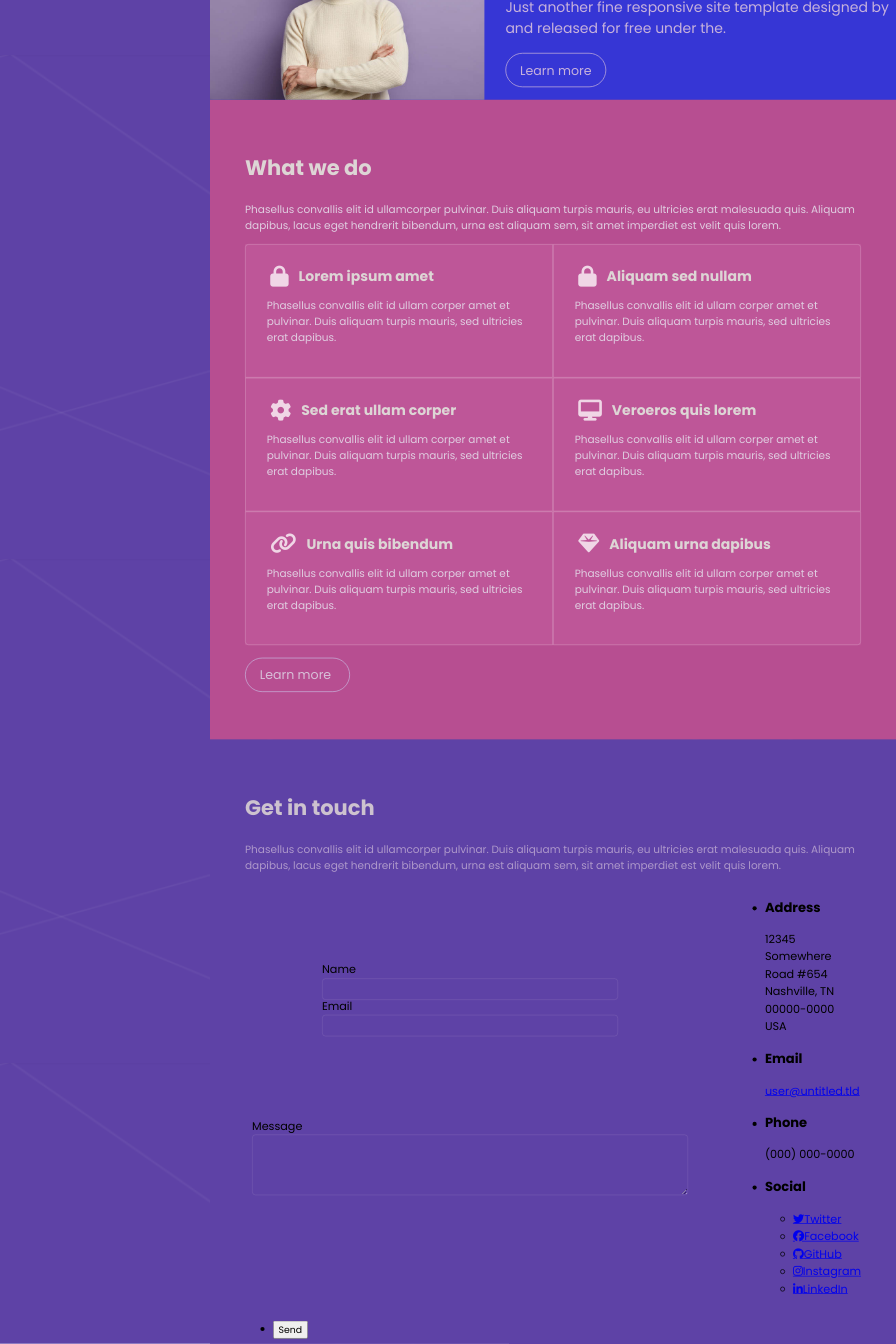
Repository: zai31/KIMIT_Tasks
Page: JsSession8/index.html
These files come from the project's save history. The page is drawn as it stood at one moment and after a run of saves; the edit follows.
The browser window is 1280 px wide. The pictures show the part of the page from y = 1361 to 3281 px (the page is 3281 px tall), at 70% of full size.
Backgrounds fixed to the window are drawn as part of the page.

Above is the page before, as saved 2025-09-15 22:36:00.

### JsSession8/index.html
<!DOCTYPE html>
<html lang="en">
<head>
    <meta charset="UTF-8">
    <meta name="viewport" content="width=device-width, initial-scale=1.0">
    <link rel="stylesheet" href="./css/style.css">
	<link href="https://cdnjs.cloudflare.com/ajax/libs/font-awesome/6.5.2/css/all.min.css" rel="stylesheet">

    <title>Responsive</title>
</head>

<body>
    <section  class="flex-section">
        <div class="menu">
        <ul>
            <li><a href="#">welcome</a></li>
            <li><a href="#">who are we</a></li>
            <li><a href="#">what we do</a></li>
            <li><a href="#">get in touch</a></li>
        </ul>
</div>
<div class="section">
    <div class="content">
      <div class="intro">
							<h1>Hyperspace</h1>
							<p>Just another fine responsive site template designed by <a href="https://html5up.net">HTML5 UP</a><br>
							and released for free under the <a href="https://html5up.net/license">Creative Commons</a>.</p>
							<button>Learn more</button>

						</div>
    <div class="overview">
        <div class="s" style="background-color: rgb(83, 83, 228);">
           <img src="./images/1.jpg" alt="">

							<div ><h1>Hyperspace</h1>
                                <p>Just another fine responsive site template designed by
							and released for free under the.</p>
							<button>Learn more</button></div>
        </div>
        <div class="s" style="background-color: rgb(69, 69, 226);">
            <img src="./images/2.jpg" alt="">
							<div >
                                           	<h1>Hyperspace</h1>
<p>Just another fine responsive site template designed by
							and released for free under the.</p>
							<button>Learn more</button></div>
        </div>
        <div class="s" style="background-color: rgb(54, 54, 213);">
            <img src="./images/3.jpg" alt="">
							<div >
                                           	<h1>Hyperspace</h1>
<p>Just another fine responsive site template designed by
							and released for free under the.</p>
							<button>Learn more</button></div>
        </div>
    <div class="what">
							<h2 style="font-size: 30px;">What we do</h2>
							<p>Phasellus convallis elit id ullamcorper pulvinar. Duis aliquam turpis mauris, eu ultricies erat malesuada quis. Aliquam dapibus, lacus eget hendrerit bibendum, urna est aliquam sem, sit amet imperdiet est velit quis lorem.</p>
							<div class="features">
								<section style="border-radius:5px 0px 0px 0 ;">
									<span style="color: rgba(255, 255, 255, 0.759); font-size: 30px;" class="fa-solid fa-lock"></span>
									<h3 >Lorem ipsum amet</h3>
									<p>Phasellus convallis elit id ullam corper amet et pulvinar. Duis aliquam turpis mauris, sed ultricies erat dapibus.</p>
								</section>
								<section style="border-radius:0 5px 0px 0 ;">
									<span style="color: rgba(255, 255, 255, 0.759); font-size: 30px;" class="fa-solid fa-lock"></span>
									<h3>Aliquam sed nullam</h3>
									<p>Phasellus convallis elit id ullam corper amet et pulvinar. Duis aliquam turpis mauris, sed ultricies erat dapibus.</p>
								</section>
								<section>
									<span style="color: rgba(255, 255, 255, 0.759); font-size: 30px;" class="fa-solid  fa-cog"></span>
									<h3>Sed erat ullam corper</h3>
									<p>Phasellus convallis elit id ullam corper amet et pulvinar. Duis aliquam turpis mauris, sed ultricies erat dapibus.</p>
								</section>
								<section>
									<span style="color: rgba(255, 255, 255, 0.759); font-size: 30px;" class="fa-solid fa-desktop"></span>
									<h3>Veroeros quis lorem</h3>
									<p>Phasellus convallis elit id ullam corper amet et pulvinar. Duis aliquam turpis mauris, sed ultricies erat dapibus.</p>
								</section>
								<section style="border-radius:0 0px 0px 5px  ;">
									<span class="fa-solid fa-link" style="color: rgba(255, 255, 255, 0.759); font-size: 30px;"></span>
									<h3>Urna quis bibendum</h3>
									<p>Phasellus convallis elit id ullam corper amet et pulvinar. Duis aliquam turpis mauris, sed ultricies erat dapibus.</p>
								</section>
								<section style="border-radius:0 0px 5px 0 ;">
									<span class="fa-solid fa-gem" style="color: rgba(255, 255, 255, 0.759); font-size: 30px;" ></span>
									<h3>Aliquam urna dapibus</h3>
									<p>Phasellus convallis elit id ullam corper amet et pulvinar. Duis aliquam turpis mauris, sed ultricies erat dapibus.</p>
								</section>
							</div>
							<ul class="actions">
								<li style="list-style: none;"><a href="generic.html" class="button" style="text-decoration: none; color: thistle;">Learn more</a></li>
							</ul>

    </div>
                        </div>
	<div class="form">
		<h2 style="font-size: 30px;">Get in touch</h2>
							<p>Phasellus convallis elit id ullamcorper pulvinar. Duis aliquam turpis mauris, eu ultricies erat malesuada quis. Aliquam dapibus, lacus eget hendrerit bibendum, urna est aliquam sem, sit amet imperdiet est velit quis lorem.</p>
							<div class="formS"><form action="">
								<div class="fields">

								<div class="row">

									<div class="field">
										<label for="name">Name</label>
										<input type="text" name="name" id="name" />
									</div>
									<div class="field">
										<label for="email">Email</label>
										<input type="email" name="email" id="email" />
									</div></div>
									<div class="field">
										<label for="message">Message</label>
										<textarea name="message" id="message" rows="3"></textarea>
									</div>
								</div>
								<ul class="actions">
									<li><input type="submit" value="Send" /></li>
								</ul>
							</form>
							<div class="line"></div>
							<section>
								<ul class="contact">
										<li>
											<h3>Address</h3>
											<span>12345 Somewhere Road #654<br>
											Nashville, TN 00000-0000<br>
											USA</span>
										</li>
										<li>
											<h3>Email</h3>
											<a href="#">user@untitled.tld</a>
										</li>
										<li>
											<h3>Phone</h3>
											<span>(000) 000-0000</span>
										</li>
										<li>
											<h3>Social</h3>
											<ul class="icons">
												<li><a href="#" class="fa-brands fa-twitter"><span class="label">Twitter</span></a></li>
												<li><a href="#" class="fa-brands fa-facebook"><span class="label">Facebook</span></a></li>
												<li><a href="#" class="fa-brands fa-github"><span class="label">GitHub</span></a></li>
												<li><a href="#" class="fa-brands fa-instagram"><span class="label">Instagram</span></a></li>
												<li><a href="#" class="fa-brands fa-linkedin-in"><span class="label">LinkedIn</span></a></li>
											</ul>
										</li>
									</ul>
							</section>
							</div>
	</div>
                        </div>
                    </section>
</body>
</html>

### JsSession8/CSS/style.css
@import url("https://fonts.googleapis.com/css2?family=Poppins:ital,wght@0,100;0,200;0,300;0,400;0,500;0,600;0,700;0,800;0,900;1,100;1,200;1,300;1,400;1,500;1,600;1,700;1,800;1,900&display=swap");

* {
    box-sizing: border-box;
    font-family: "Poppins", sans-serif;
}

:root {
    --sidebar-color: #312450;
    --primary-color: #5e42a6;
    --secondary-color: #b74e91;
    --section-bg-color: #c7b2dc;
    --dark-color: #000000;
    --navbar-bg-color: #273053;
    --p-color: #717275;
    --highlight-icon-color: #ff0100;
    --main-transition: 0.5s all ease-in-out;
}


html,
body {
    height: 100%;
    margin: 0;
    padding: 0;
}

.flex-section {
    display: flex;
    flex-direction: row;

}

/*side bar*/
.flex-section .menu {
    min-height: 100vh;
    /* ensures sidebar spans at least the full screen */
    height: auto;
    /* lets it grow with content */
    width: 300px;
    top: 0;
    left: 0;
    position: fixed;
    background-color: var(--sidebar-color);
    padding: 145px 30px;
    box-shadow: 0 0 10px rgba(0, 0, 0, 0.1);
}

.flex-section .menu ul {
    list-style: none;
    padding: 0;
    margin: 0;
    text-align: right;
}

.flex-section .menu ul li {
    margin-bottom: 10px;
    font-size: 20px;
    position: relative;
    /* needed for ::after positioning */
    padding-bottom: 10px;
}

.flex-section .menu ul li a {
    text-decoration: none;
    color: #8b82a1;

}

.flex-section .menu ul li::after {
    content: "";
    position: absolute;
    left: 0;
    bottom: 0;
    width: 100%;
    /* stick to the bottom */
    height: 2px;
    background-color: #8b82a1;
    /* thickness of underline */
    transition: width 0.3s ease;
}

/*use js*/
.flex-section .menu ul li a:hover::after {
    width: 100%;
    /* expand underline on hover */
}


.flex-section .menu ul li a:hover {
    color: #b5b8bf;
}

.flex-section .menu ul li a:active {
    color: #5e42a6;
}

.flex-section .menu ul li a:active::after {
    background: linear-gradient(to right, #4b0082, #8b00ff, #981196);
}






/*content first section */
.flex-section .section {
    flex: 1;
    background-color: var(--section-bg-color);
    background-attachment: fixed;
    background-image: url("../assets/css/images/Screenshot\ 2025-09-15\ 075920.png");
    background-position: top right;
    background-repeat: no-repeat;
    background-size: 100% 100%;
    padding-left: 300px;
}

.flex-section .section .content {
    display: flex;
    flex-direction: column;
    width: 100%;
}

.flex-section .section .content .intro {
    padding: 100px;
    width: 100%;
    height: 100vh;
}

.flex-section .section .content .intro h1 {
    color: rgb(221, 213, 213);
    font-size: 50px;
}

.flex-section .section .content .intro p,
.flex-section .section .content .intro a {
    color: var(--section-bg-color);
    font-size: 20px;
}

.flex-section .section .content .intro a:hover {
    color: #fefefe;
    text-decoration: none;
}

.flex-section .section .content .intro button {
    color: var(--section-bg-color);
    background-color: transparent;
    border: 1px solid var(--section-bg-color);
    padding: 10px 20px;
    border-radius: 25px;
    cursor: pointer;
    text-decoration: none;
    font-size: 18px;
}

.flex-section .section .content .intro button:hover {
    background-color: #6f54b6;
}




/*content second section */

.flex-section .section .content .overview .s {
    display: flex;
    flex-direction: row;
    align-items: center;
    gap: 30px;
}

.flex-section .section .content .overview .s h1 {
    color: rgb(221, 213, 213);
    font-size: 30px;
}

.flex-section .section .content .overview .s p {
    color: var(--section-bg-color);
    font-size: 20px;
}

.flex-section .section .content .overview .s button {
    color: var(--section-bg-color);
    background-color: transparent;
    border: 1px solid var(--section-bg-color);
    padding: 10px 20px;
    border-radius: 25px;
    cursor: pointer;
    text-decoration: none;
    font-size: 18px;
}

.flex-section .section .content .overview .s button:hover {
    background-color: rgb(77, 77, 246);
}

.flex-section .section .content .overview .s img {
    width: 40%;
}

/*what section*/

.flex-section .section .content .what {
    padding: 50px;
    width: 100%;
    background-color: var(--secondary-color);
}

.flex-section .section .content .what h3,
.flex-section .section .content .what h2 {
    color: rgb(221, 213, 213);
    font-size: 20px;
}
.flex-section .section .content .what p {
    color: #e0cee1;
    font-size: 15px;
}

.flex-section .section .content .what .features{
    display: flex;
    flex-direction: row;
    flex-wrap: wrap;
    background-color: #be5698;


}
.flex-section .section .content .what .features section {
 flex: 1 1 50%;     /* grow/shrink, ~half width with gap */
 border: 0.5px solid rgba(255, 255, 255, 0.248);
 box-sizing: border-box;
 padding: 30px;

}
.flex-section .section .content .what .actions {
   color: var(--section-bg-color);
    background-color: transparent;
    border: 1px solid var(--section-bg-color);
    padding: 10px 20px;
    border-radius: 25px;
    cursor: pointer;
    text-decoration: none;
    font-size: 18px;
    width: 150px;
}

 .what .actions:hover {
    background-color: rgb(212, 107, 177);
}
.features section span,
.features section h3 {
  display: inline-block;
  vertical-align: middle;
  margin: 0 5px;
}

/*form*/

.form {
    padding: 50px;
    width: 100%;
    background-color: var(--primary-color);

}
.form .formS
{
   display: flex;
   flex-direction: row;
   gap: 30px;
}
.form h2 {
    color: rgba(221, 213, 213, 0.873);
    font-size: 30px;
}
.form p {
    color: #e0cee19d;
    font-size: 15px;
}
 .fields {
    display: flex;
    flex-direction: row;
    gap: 20px;
    flex-wrap: wrap;
    width: 100%;
    border-radius: 10px;
    height: 100%;
}

.field {
  display: flex;
  flex-direction: column;
  flex: 1; /* make name and email share equal width */
  padding: 10px;
  margin: 0px;
  height: 50%;
}
.field input, .field textarea{
    background-color: transparent;
    border: 1px solid #e0cee127;
    border-radius: 5px;
    cursor: pointer;
    text-decoration: none;
    font-size: 18px;
    color: #e0cee19d;
}

.contact-info {
  flex: 1; /* right side column */
  color: #e0cee19d;
}

.form .fields .row {
    display: flex;
    flex-direction: row;
    flex-wrap: wrap;
    width: 100%;
    height: 50%;
    padding: 100px;
}

After the next 2 saves:
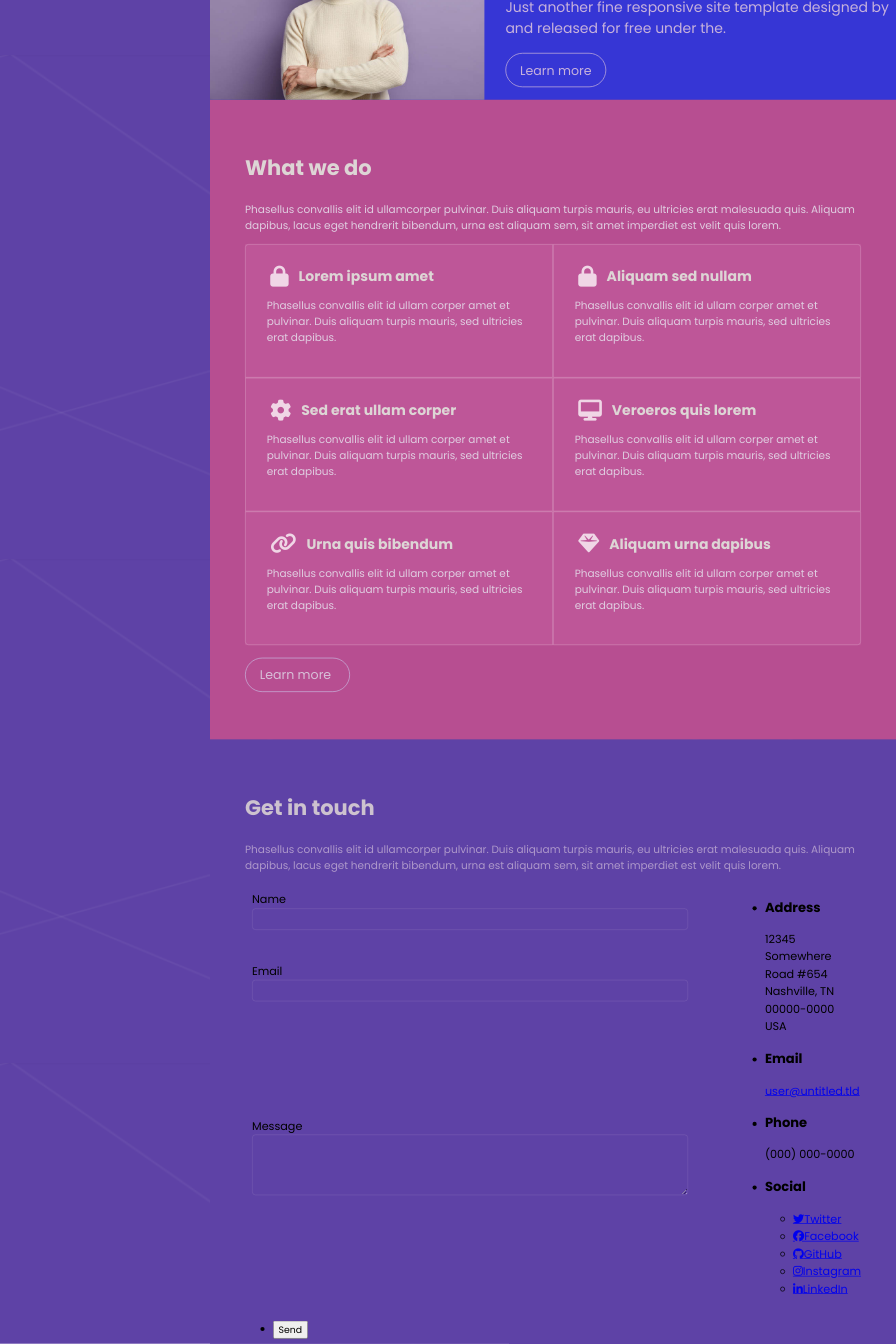
The 2 saves are shown as one change because they came seconds apart.
The last was saved 9 s later.
--- a/JsSession8/CSS/style.css
+++ b/JsSession8/CSS/style.css
@@ -316,5 +316,5 @@
     flex-wrap: wrap;
     width: 100%;
     height: 50%;
-    padding: 100px;
-}
+    padding-bottom: 100px;
+}
